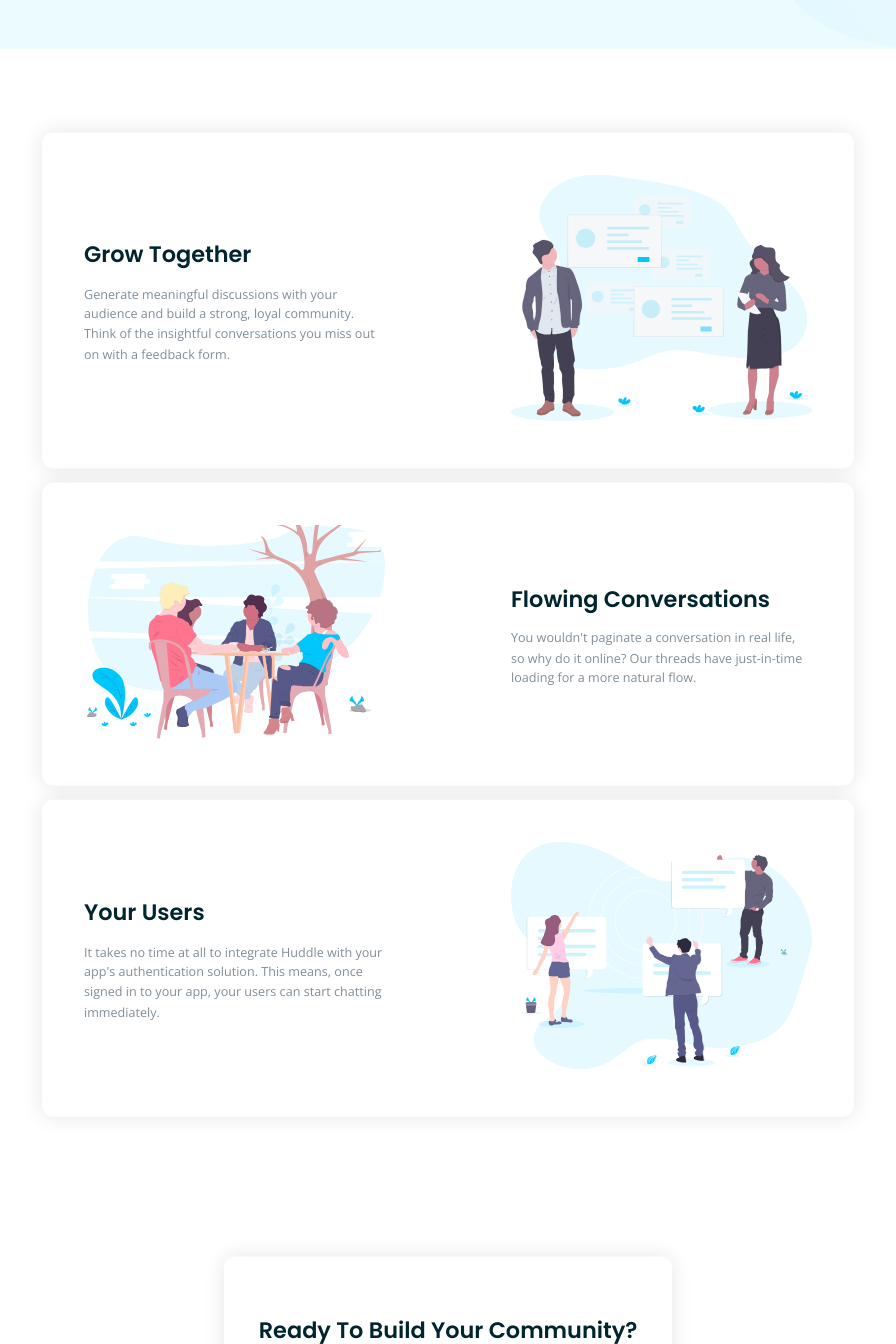
Repository: blordeus/huddle-landing-page
Page: index.html
An editor plug-in stored every save of this project. The page is shown before and after the next save, followed by the edit.
The browser window is 1280 px wide. The pictures show the part of the page from y = 618 to 2538 px (the page is 3191 px tall before and 3491 px after), at 70% of full size.

Above is the page before, as saved 2025-07-01 11:40:10.

After the next save:
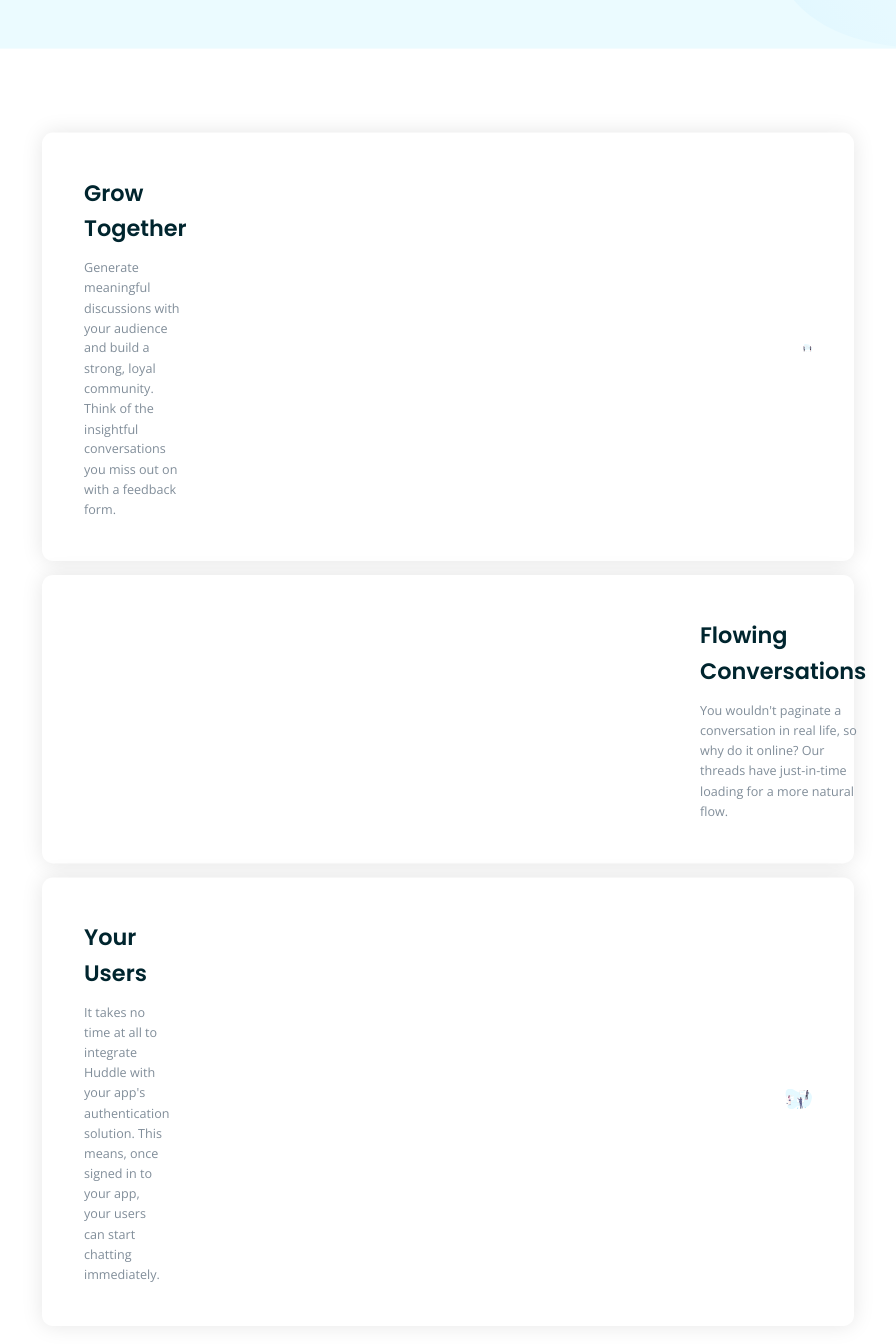
Saved 10 s later.
--- a/styles.css
+++ b/styles.css
@@ -114,7 +114,7 @@
     .feature {
       display: grid;
       grid-template-columns: 1fr 1fr;
-      gap: 180px;
+      gap: 880px;
       align-items: center;
       margin-bottom: 20px;
       background: white;
